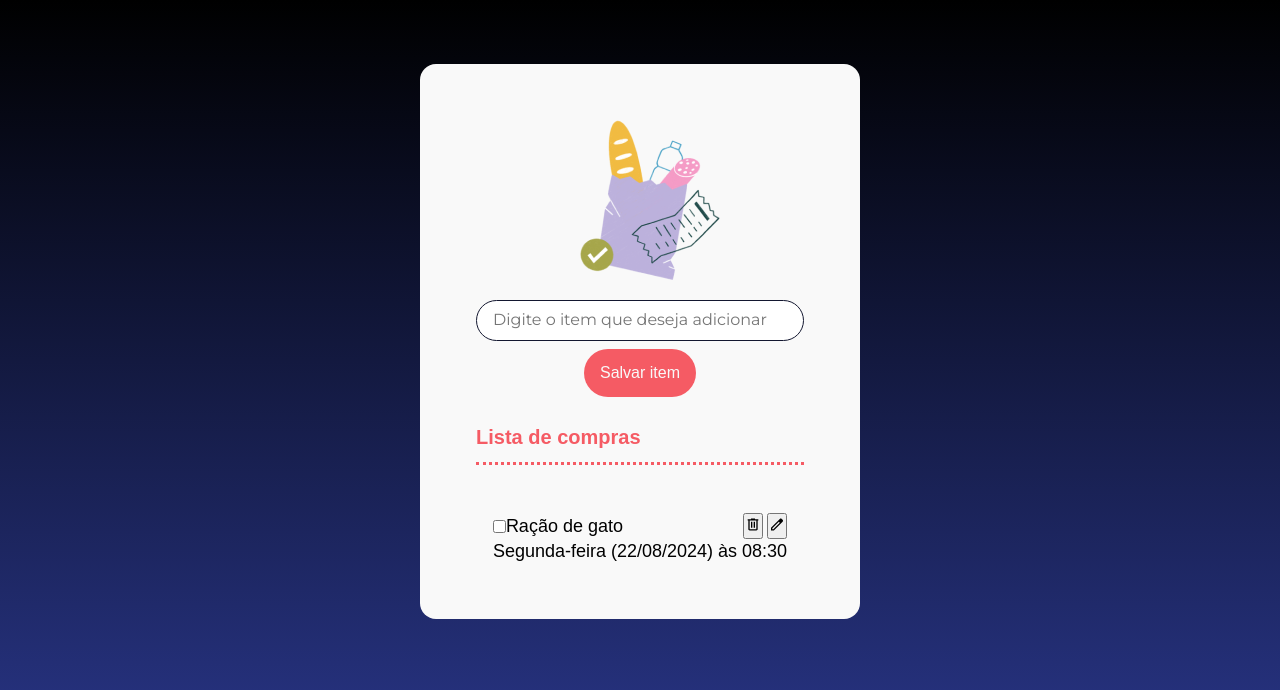
Repository: joaoPraiaJunior/compras_js
Page: index.html
These files come from the project's save history. The page is drawn as it stood at one moment and after the next save; the edit follows.
The browser window is 1280 px wide. The pictures show the whole page.
Some web fonts or font styles are not loaded; a fallback is used.

Above is the page before, as saved 2024-08-22 21:23:19.

After the next save:
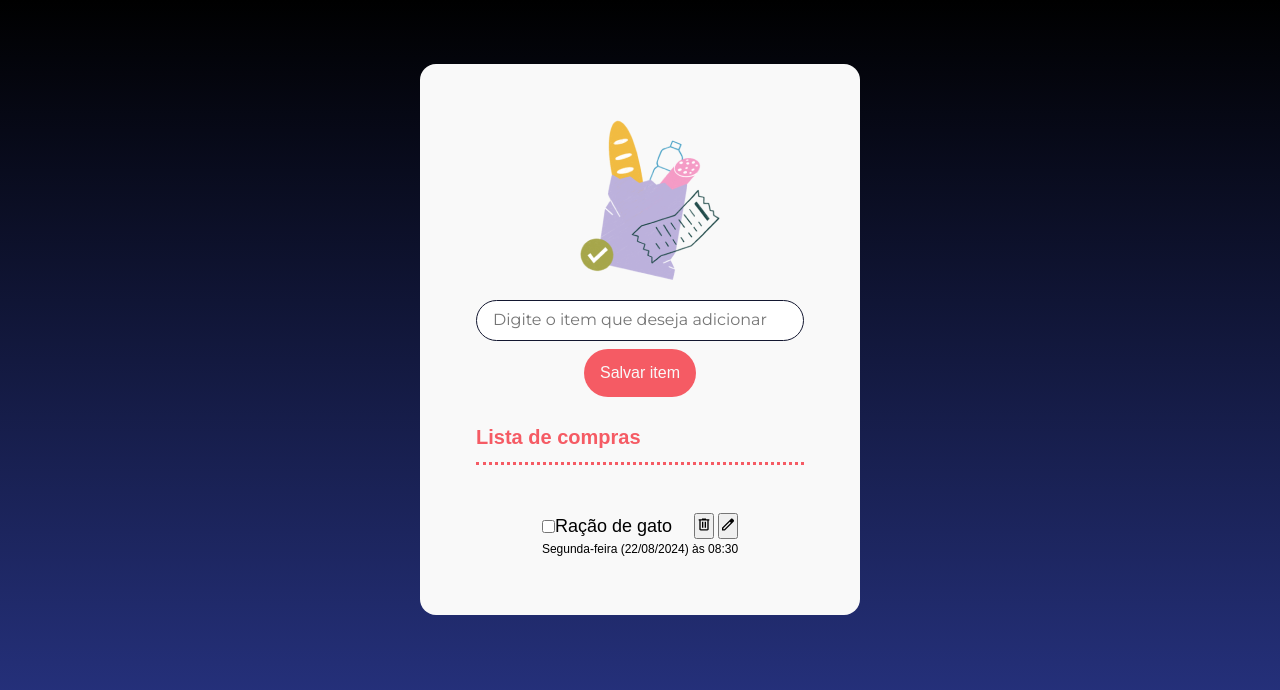
Saved 35 s later.
--- a/css/styles.css
+++ b/css/styles.css
@@ -123,3 +123,8 @@ p, label {
     display: flex;
     align-items: center;
 }
+
+.lista__data {
+    font-size: 1.2rem;
+    line-height: 2.0rem;
+}
